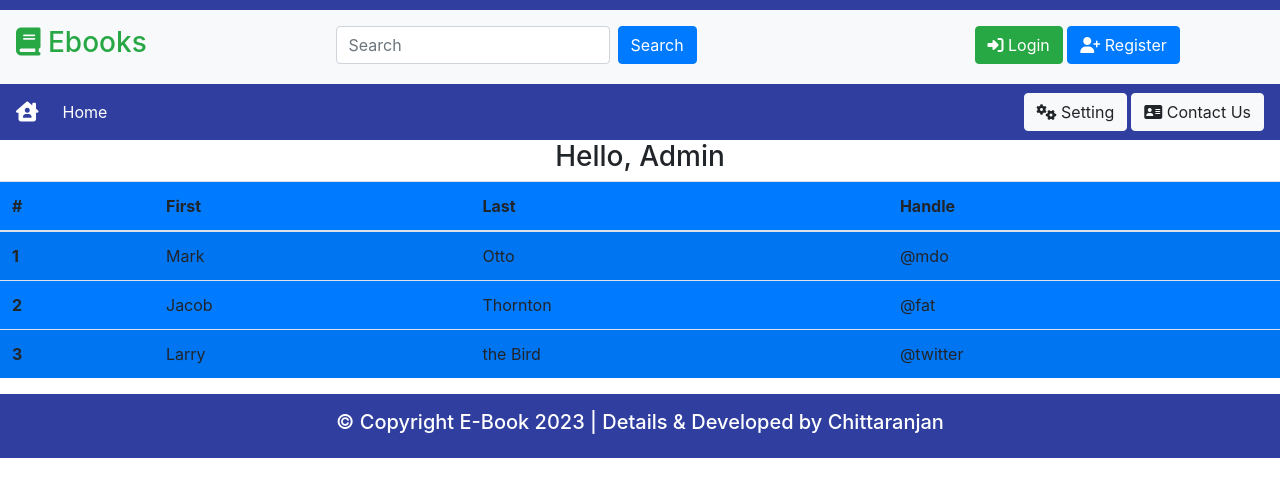
Repository: chittaranjan24/E-Books_Management_System
Page: http://localhost/Ebook-App/admin/all-books.jsp
The author's editor kept a copy of each file at every save. The page is drawn from the files as they stood at one save, then again after the next save.
The browser window is 1280 px wide. The pictures show the whole page.
Some web libraries are served in a nearby version. The page is served by Tomcat 9. Other server files are loaded and not shown.

Above is the page before, as saved 2023-08-26 19:09:58.

### Ebook-App/src/main/webapp/admin/all-books.jsp
<%@ page language="java" contentType="text/html; charset=ISO-8859-1"
	pageEncoding="ISO-8859-1"%>
<!DOCTYPE html>
<html>
<head>
<meta charset="ISO-8859-1">
<title>Admin: All Books</title>
<%@include file="allCss.jsp"%>
</head>
<body>
	<%@include file="navbar.jsp"%>
	<h3 class="text-center">Hello, Admin</h3>

	<table class="table table-striped bg-primary">
		<thead>
			<tr>
				<th scope="col">#</th>
				<th scope="col">First</th>
				<th scope="col">Last</th>
				<th scope="col">Handle</th>
			</tr>
		</thead>
		<tbody>
			<tr>
				<th scope="row">1</th>
				<td>Mark</td>
				<td>Otto</td>
				<td>@mdo</td>
			</tr>
			<tr>
				<th scope="row">2</th>
				<td>Jacob</td>
				<td>Thornton</td>
				<td>@fat</td>
			</tr>
			<tr>
				<th scope="row">3</th>
				<td>Larry</td>
				<td>the Bird</td>
				<td>@twitter</td>
			</tr>
		</tbody>
	</table>

	<%@include file="footer.jsp"%>
</body>
</html>

### Ebook-App/src/main/webapp/admin/allCss.jsp
<link rel="stylesheet"
	href="https://cdn.jsdelivr.net/npm/bootstrap@4.0.0/dist/css/bootstrap.min.css"
	integrity="sha384-Gn5384xqQ1aoWXA+058RXPxPg6fy4IWvTNh0E263XmFcJlSAwiGgFAW/dAiS6JXm"
	crossorigin="anonymous">


<script src="https://code.jquery.com/jquery-3.2.1.slim.min.js"
	integrity="sha384-KJ3o2DKtIkvYIK3UENzmM7KCkRr/rE9/Qpg6aAZGJwFDMVNA/GpGFF93hXpG5KkN"
	crossorigin="anonymous"></script>
<script
	src="https://cdn.jsdelivr.net/npm/popper.js@1.12.9/dist/umd/popper.min.js"
	integrity="sha384-ApNbgh9B+Y1QKtv3Rn7W3mgPxhU9K/ScQsAP7hUibX39j7fakFPskvXusvfa0b4Q"
	crossorigin="anonymous"></script>
<script
	src="https://cdn.jsdelivr.net/npm/bootstrap@4.0.0/dist/js/bootstrap.min.js"
	integrity="sha384-JZR6Spejh4U02d8jOt6vLEHfe/JQGiRRSQQxSfFWpi1MquVdAyjUar5+76PVCmYl"
	crossorigin="anonymous"></script>


<link rel="stylesheet"
	href="https://cdnjs.cloudflare.com/ajax/libs/font-awesome/6.4.2/css/all.min.css"
	integrity="sha512-z3gLpd7yknf1YoNbCzqRKc4qyor8gaKU1qmn+CShxbuBusANI9QpRohGBreCFkKxLhei6S9CQXFEbbKuqLg0DA=="
	crossorigin="anonymous" referrerpolicy="no-referrer" />


<link rel="stylesheet" href="style.css">

### Ebook-App/src/main/webapp/admin/navbar.jsp

<div class="container-fluid"
	style="height: 10px; background-color: #303f9f"></div>

<div class="container-fluid p-3 bg-light">
	<div class="row">
		<div class="col-md-3 text-success">
			<h3>
				<i class="fa-solid fa-book"></i> Ebooks
			</h3>
		</div>
		<div class="col-md-6">
			<form class="form-inline my-2 my-lg-0">
				<input class="form-control mr-sm-2" type="search"
					placeholder="Search" aria-label="Search">
				<button class="btn btn-primary my-2 my-sm-0" type="submit">Search</button>
			</form>
		</div>

		<div class="col-md-3">
			<a href="login.jsp" class="btn btn-success"><i
				class="fa-solid fa-right-to-bracket"></i> Login</a> <a
				href="register.jsp" class="btn btn-primary text-white"><i
				class="fa-solid fa-user-plus"></i> Register</a>
		</div>

	</div>
</div>


<nav class="navbar navbar-expand-lg navbar-dark bg-custom">
	<a class="navbar-brand" href="#"> <i
		class="fa-solid fa-house-chimney-user"></i>
	</a>
	<button class="navbar-toggler" type="button" data-toggle="collapse"
		data-target="#navbarSupportedContent"
		aria-controls="navbarSupportedContent" aria-expanded="false"
		aria-label="Toggle navigation">
		<span class="navbar-toggler-icon"></span>
	</button>

	<div class="collapse navbar-collapse" id="navbarSupportedContent">
		<ul class="navbar-nav mr-auto">
			<li class="nav-item active"><a class="nav-link" href="home.jsp">Home
					<span class="sr-only">(current)</span>
			</a></li>

		</ul>
		<form class="form-inline my-2 my-lg-0">

			<button class="btn btn-light my-2 my-sm-0" type="submit">
				<i class="fa-solid fa-gears"></i> Setting
			</button>
			<button class="btn btn-light my-2 my-sm-0 ml-1" type="submit">
				<i class="fa-solid fa-address-card"></i> Contact Us
			</button>

		</form>
	</div>
</nav>

### Ebook-App/src/main/webapp/admin/footer.jsp
<div class="container-fluid text-center text-white p-3 mt-2"
	style="background-color: #303f9f;">
	<h5>&copy; Copyright E-Book 2023 | Details &amp; Developed by Chittaranjan</h5>
</div>

### Ebook-App/src/main/webapp/admin/style.css
.bg-custom{
	background-color: #303f9f;
}

.navbar .nav-item:hover .nav-link {
	background-color: white;
	color: #303f9f;
	border-radius: 15px;
}

After the next save:
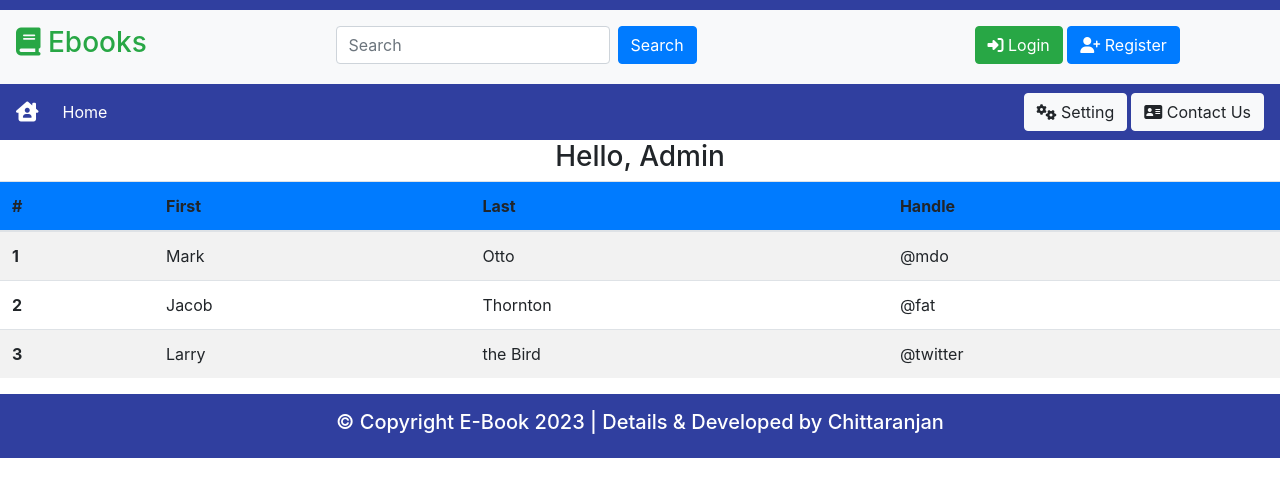
Saved 103 s later.
--- a/Ebook-App/src/main/webapp/admin/all-books.jsp
+++ b/Ebook-App/src/main/webapp/admin/all-books.jsp
@@ -11,8 +11,8 @@
 	<%@include file="navbar.jsp"%>
 	<h3 class="text-center">Hello, Admin</h3>
 
-	<table class="table table-striped bg-primary">
-		<thead>
+	<table class="table table-striped">
+		<thead class="bg-primary">
 			<tr>
 				<th scope="col">#</th>
 				<th scope="col">First</th>
